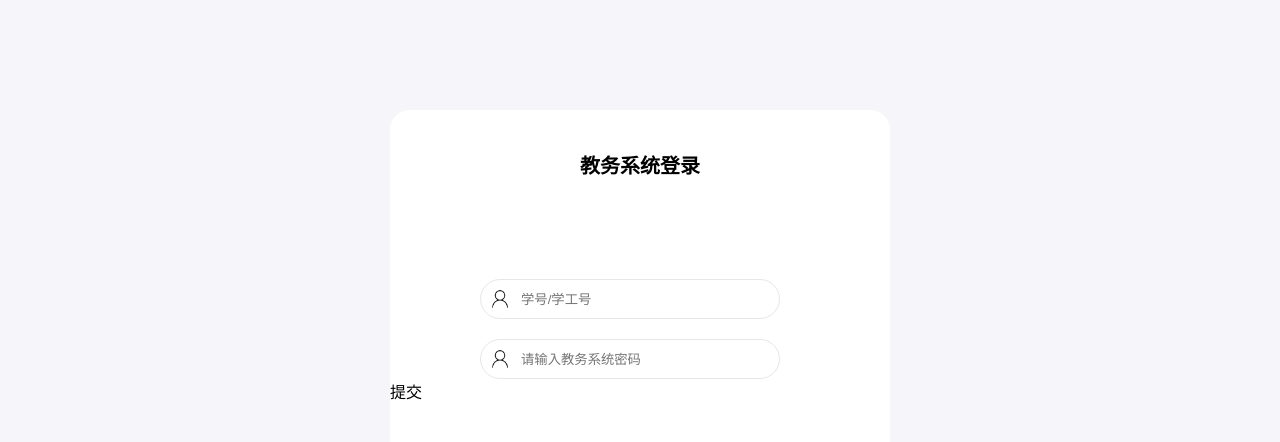
Repository: yangziteng/System
Page: / (app in myreact/)
These files come from the project's save history. The page is drawn as it stood at one moment and after the next save; the edit follows.
The browser window is 1280 px wide. The pictures show the whole page.
The project was rebuilt for these pictures with package versions that can differ from the ones it lists, and the page was loaded fresh each time. Also part of the build but not shown: myreact/vite.config.js, myreact/src/App.css, myreact/src/App.jsx, myreact/src/log.jsx.

Above is the page before, as saved 2022-07-08 12:54:44.

After the next save:
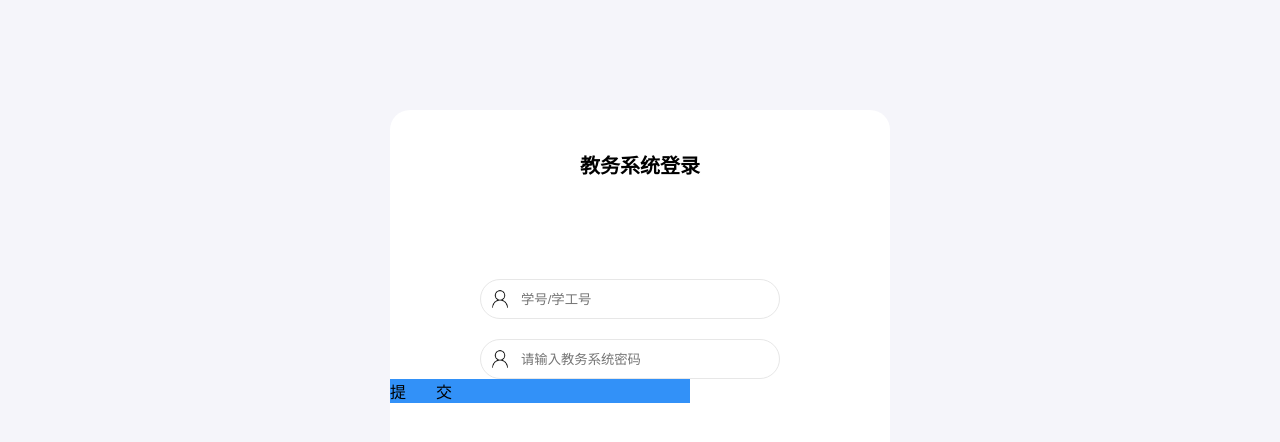
Saved 2 min 45 s later.
--- a/myreact/src/pages/Login/Login.css
+++ b/myreact/src/pages/Login/Login.css
@@ -59,5 +59,7 @@ input{
     /* right:290px */
 }
 .model-end{
-
+    width: 300px;
+    background-color: rgba(50,145,248);
+    letter-spacing: 30px;
 }
